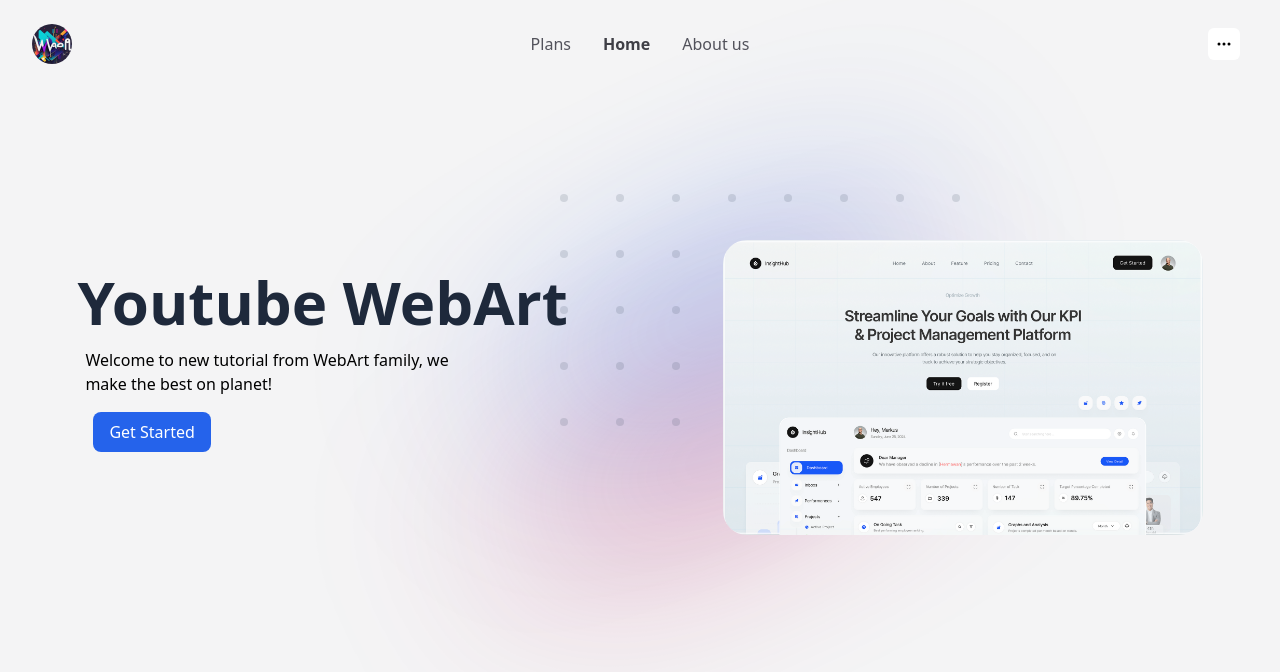
Repository: 30namp/youtube-web-art-code
Page: stunning landing page 1/index.html
The author's editor kept a copy of each file at every save. The page is drawn from the files as they stood at one save, then again after the next save.
The browser window is 1280 px wide. The pictures show the whole page.

Above is the page before, as saved 2024-09-26 21:19:12.

### stunning landing page 1/index.html
<!DOCTYPE html>
<html lang="en">
  <head>
    <meta charset="UTF-8" />
    <meta name="viewport" content="width=device-width, initial-scale=1.0" />
    <title>WebArt Design</title>
    <script src="./tailwindcss.min.js"></script>
  </head>
  <body class="min-h-screen bg-zinc-100">
    <div
      class="absolute right-[25%] top-[60%] h-12 w-[30rem] rounded-[100%] rotate-[-25deg] bg-pink-700 blur-[6rem]"
    ></div>
    <div
      class="absolute right-[25%] top-[40%] h-12 w-[30rem] rounded-[100%] rotate-[-25deg] bg-blue-700 blur-[6rem]"
    ></div>
    <div
      class="grid grid-cols-8 gap-12 absolute right-[25%] top-[27%] animate-pulse"
    >
      <div class="rounded-full bg-slate-700/30 size-2 shadow-lg"></div>
      <div class="rounded-full bg-slate-700/30 size-2 shadow-lg"></div>
      <div class="rounded-full bg-slate-700/30 size-2 shadow-lg"></div>
      <div class="rounded-full bg-slate-700/30 size-2 shadow-lg"></div>
      <div class="rounded-full bg-slate-700/30 size-2 shadow-lg"></div>
      <div class="rounded-full bg-slate-700/30 size-2 shadow-lg"></div>
      <div class="rounded-full bg-slate-700/30 size-2 shadow-lg"></div>
      <div class="rounded-full bg-slate-700/30 size-2 shadow-lg"></div>
      <div class="rounded-full bg-slate-700/30 size-2 shadow-lg"></div>
      <div class="rounded-full bg-slate-700/30 size-2 shadow-lg"></div>
      <div class="rounded-full bg-slate-700/30 size-2 shadow-lg"></div>
      <div class="rounded-full bg-slate-700/30 size-2 shadow-lg"></div>
      <div class="rounded-full bg-slate-700/30 size-2 shadow-lg"></div>
      <div class="rounded-full bg-slate-700/30 size-2 shadow-lg"></div>
      <div class="rounded-full bg-slate-700/30 size-2 shadow-lg"></div>
      <div class="rounded-full bg-slate-700/30 size-2 shadow-lg"></div>
      <div class="rounded-full bg-slate-700/30 size-2 shadow-lg"></div>
      <div class="rounded-full bg-slate-700/30 size-2 shadow-lg"></div>
      <div class="rounded-full bg-slate-700/30 size-2 shadow-lg"></div>
      <div class="rounded-full bg-slate-700/30 size-2 shadow-lg"></div>
      <div class="rounded-full bg-slate-700/30 size-2 shadow-lg"></div>
      <div class="rounded-full bg-slate-700/30 size-2 shadow-lg"></div>
      <div class="rounded-full bg-slate-700/30 size-2 shadow-lg"></div>
      <div class="rounded-full bg-slate-700/30 size-2 shadow-lg"></div>
      <div class="rounded-full bg-slate-700/30 size-2 shadow-lg"></div>
      <div class="rounded-full bg-slate-700/30 size-2 shadow-lg"></div>
      <div class="rounded-full bg-slate-700/30 size-2 shadow-lg"></div>
      <div class="rounded-full bg-slate-700/30 size-2 shadow-lg"></div>
      <div class="rounded-full bg-slate-700/30 size-2 shadow-lg"></div>
      <div class="rounded-full bg-slate-700/30 size-2 shadow-lg"></div>
      <div class="rounded-full bg-slate-700/30 size-2 shadow-lg"></div>
      <div class="rounded-full bg-slate-700/30 size-2 shadow-lg"></div>
      <div class="rounded-full bg-slate-700/30 size-2 shadow-lg"></div>
      <div class="rounded-full bg-slate-700/30 size-2 shadow-lg"></div>
      <div class="rounded-full bg-slate-700/30 size-2 shadow-lg"></div>
      <div class="rounded-full bg-slate-700/30 size-2 shadow-lg"></div>
      <div class="rounded-full bg-slate-700/30 size-2 shadow-lg"></div>
      <div class="rounded-full bg-slate-700/30 size-2 shadow-lg"></div>
      <div class="rounded-full bg-slate-700/30 size-2 shadow-lg"></div>
      <div class="rounded-full bg-slate-700/30 size-2 shadow-lg"></div>
    </div>

    <!-- navbar -->
    <nav
      class="z-10 absolute top-0 left-0 right-0 flex justify-center items-center py-8 px-8"
    >
      <a href="/" class="absolute left-0 px-8">
        <img class="size-10 rounded-full" src="./assets/img/logo.jpg" alt="" />
      </a>

      <div class="options flex items-center gap-8">
        <a class="text-zinc-600" href="#">Plans</a>
        <a class="text-zinc-700 font-semibold" href="#">Home</a>
        <a class="text-zinc-600" href="#">About us</a>
      </div>

      <button
        class="absolute p-2 bg-white rounded-md right-0 mx-10 hover:scale-105 active:scale-100 transition"
      >
        <svg
          xmlns="http://www.w3.org/2000/svg"
          width="16"
          height="16"
          fill="currentColor"
          class="bi bi-three-dots"
          viewBox="0 0 16 16"
        >
          <path
            d="M3 9.5a1.5 1.5 0 1 1 0-3 1.5 1.5 0 0 1 0 3m5 0a1.5 1.5 0 1 1 0-3 1.5 1.5 0 0 1 0 3m5 0a1.5 1.5 0 1 1 0-3 1.5 1.5 0 0 1 0 3"
          />
        </svg>
      </button>
    </nav>

    <!-- hero section -->
    <div class="hero-section relative pt-60 flex justify-around items-start">
      <div class="content flex flex-col items-start gap-4 pt-8">
        <h1 class="text-6xl font-bold text-slate-800">Youtube WebArt</h1>
        <p class="description w-96 ml-2">
          Welcome to new tutorial from WebArt family, we make the best on
          planet!
        </p>
        <button
          class="ml-4 px-4 py-2 rounded-lg bg-blue-600 text-white hover:scale-105 active:scale-100 transition"
        >
          Get Started
        </button>
      </div>
      <img class="w-[30rem] rounded-3xl" src="./assets/img/img.png" alt="" />
    </div>
  </body>
</html>

Loaded but not shown: stunning landing page 1/tailwindcss.min.js (library)

After the next save:
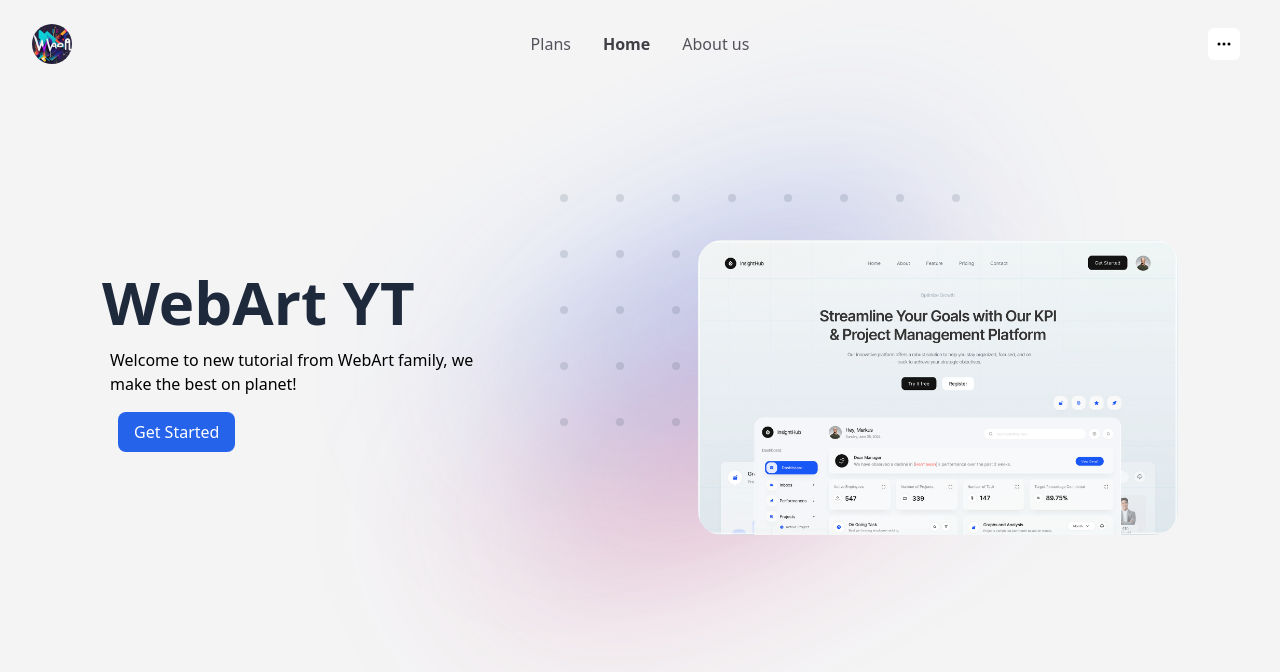
Saved 11 s later.
--- a/stunning landing page 1/index.html
+++ b/stunning landing page 1/index.html
@@ -93,7 +93,7 @@
     <!-- hero section -->
     <div class="hero-section relative pt-60 flex justify-around items-start">
       <div class="content flex flex-col items-start gap-4 pt-8">
-        <h1 class="text-6xl font-bold text-slate-800">Youtube WebArt</h1>
+        <h1 class="text-6xl font-bold text-slate-800">WebArt YT</h1>
         <p class="description w-96 ml-2">
           Welcome to new tutorial from WebArt family, we make the best on
           planet!
